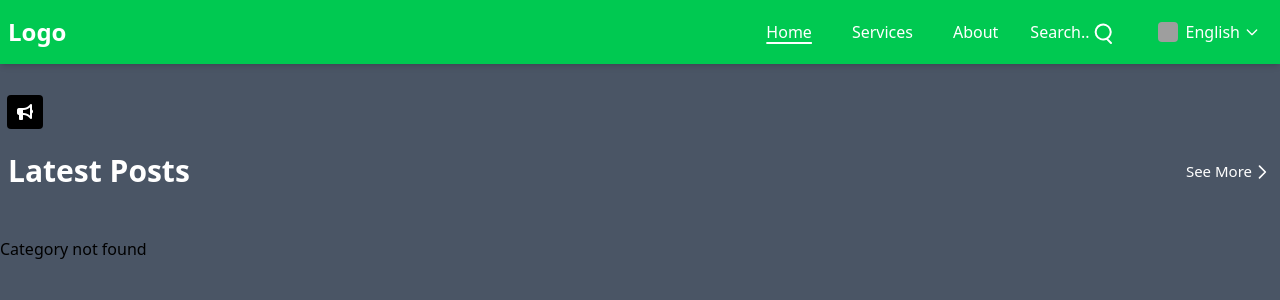
Repository: saroeuntola/we-share
Page: http://localhost/?lang=en
The author's editor kept a copy of each file at every save. The page is drawn from the files as they stood at one save, then again after the next save.
The browser window is 1280 px wide. The pictures show the whole page.
Pictures or frames that could not be fetched are drawn as grey boxes. The page is run by PHP 8.4 with error messages shown; the project is at /var/www/html/. Style sheets and scripts are compiled from the project's sources, by tool versions that may differ from the author's. Queries for data that is not in the repository find no rows.

Above is the page before, as saved 2025-08-28 12:23:25.

### index.php
<!DOCTYPE html>
<html lang="en">

<head>
    <meta charset="UTF-8">
    <meta name="viewport" content="width=device-width, initial-scale=1.0">
    <title>Latest Posts</title>
    <link rel="stylesheet" href="./assets/css/output.css">
    <link rel="stylesheet" href="./assets/css/custom.css">
    <link rel="stylesheet" href="https://cdnjs.cloudflare.com/ajax/libs/font-awesome/6.0.0-beta3/css/all.min.css" />
    <script src="https://code.jquery.com/jquery-3.6.0.min.js"></script>
</head>

<body class="bg-gray-600">
    <header class="fixed z-10 w-full" id="header">
        <?php
        include 'head-bar.php'
        ?>
    </header>

    <main class="max-w-7xl m-auto mt-[95px]">
        <section class="mb-6">
            <?php
            include 'key-frame.php'
            ?>
        </section>

        <section>
            <?php
            include 'last-post-card.php'
            ?>

        </section>

        <section class="mt-6">
            <?php
            include 'programing-card.php'
            ?>
        </section>

        <section class="mt-6">
            <?php
            include 'web-dev-card.php'
            ?>
        </section>
    </main>


</body>

</html>

### key-frame.php
<style>
    /* Container */
    .container {
        width: 100%;
        overflow: hidden;
        margin: 0 auto;
        align-items: center;
        color: white;
    }

    /* Fixed icon on the left */
    .announcement-icon {
        background-color: brown;
        color: white;
        padding: 5px 10px;
        border-radius: 4px;
    }

    /* Announcement text */
    .announcement {
        font-family: Arial, sans-serif;
        font-size: 15px;
        display: inline-block;
        white-space: nowrap;
        animation: slideLeftToRight 20s linear infinite;
    }

    #main {
        display: flex;
        overflow: hidden;
        margin: 0 auto;
        align-items: center;
        max-width: 1212px;
        width: 100%;
        color: white;
    }

    /* Desktop animation */
    @keyframes slideLeftToRight {
        0% {
            transform: translateX(1210px);
        }

        100% {
            transform: translateX(-100%);
        }
    }

    /* Tablet */
    @media (max-width: 1024px) {
        #main {
            width: 95%;
        }

        .announcement {
            animation: slideLeftToRightTablet 18s linear infinite;
        }

        @keyframes slideLeftToRightTablet {
            0% {
                transform: translateX(768px);
            }

            100% {
                transform: translateX(-100%);
            }
        }
    }

    /* Mobile */
    @media (max-width: 480px) {
        #main {
            width: 92%;
        }

        .announcement {
            animation: slideLeftToRightMobile 15s linear infinite;
        }

        @keyframes slideLeftToRightMobile {
            0% {
                transform: translateX(400px);
            }

            100% {
                transform: translateX(-100%);
            }
        }
    }
</style>
<style>
    /* Container */
    .container {
        width: 100%;
        overflow: hidden;
        margin: 0 auto;
        align-items: center;
        color: white;
    }

    /* Fixed icon on the left */
    .announcement-icon {
        background-color: black;
        color: white;
        padding: 5px 10px;
        border-radius: 4px;
    }

    /* Announcement text */
    .announcement {
        font-family: Arial, sans-serif;
        font-size: 15px;
        display: inline-block;
        white-space: nowrap;
        animation: slideLeftToRight 20s linear infinite;

    }

    #main {
        display: flex;
        overflow: hidden;
        margin: 0 auto;
        align-items: center;
        max-width: 1280px;
        width: 100%;
      padding: 0px 7px;

    }

    /* Desktop animation */
    @keyframes slideLeftToRight {
        0% {
            transform: translateX(1280px);
        }

        100% {
            transform: translateX(-100%);
        }
    }

    /* Tablet */
    @media (max-width: 1024px) {

        .announcement {
            animation: slideLeftToRightTablet 18s linear infinite;
        }

        @keyframes slideLeftToRightTablet {
            0% {
                transform: translateX(768px);
            }

            100% {
                transform: translateX(-100%);
            }
        }
    }

    /* Mobile */
    @media (max-width: 480px) {

        .announcement {
            animation: slideLeftToRightMobile 15s linear infinite;
        }

        @keyframes slideLeftToRightMobile {
            0% {
                transform: translateX(400px);
            }

            100% {
                transform: translateX(-100%);
            }
        }
    }
</style>



<div id="main">
    <div class="announcement-icon"><i class="fas fa-bullhorn"></i></div>
    <div class="container">
        <!-- Sliding text -->
     <p class="announcement">Welcome</p>
    </div>
</div>

### last-post-card.php
<?php
include './admin/lib/db.php';
include './admin/lib/post_lib.php';
include './admin/lib/category_lib.php';
include './admin/lib/subcategory_lib.php';
$lang = isset($_GET['lang']) && in_array($_GET['lang'], ['en', 'kh']) ? $_GET['lang'] : 'en';

$postModel = new Post($lang);
$categoryModel = new Category($lang);
$subcategoryModel = new Subcategory($lang);

// Get latest 10 posts
$latestPosts = $postModel->getPosts();
usort($latestPosts, function ($a, $b) {
    return strtotime($b['created_at']) - strtotime($a['created_at']);
});
$displayPosts = array_slice($latestPosts, 0, 8);


?>

<style>
    .scroll-x {
        overflow-x: auto;
        white-space: nowrap;
        padding-bottom: 1rem;
    }

    p,
    h2 {
        color: white;
    }
</style>
<section class="px-2">
    <div class="flex justify-between items-center mb-6">
        <h1 class="text-xl lg:text-3xl md:text-2xl font-bold text-white">Latest Posts</h1>
        <a href="last-post"
            class="inline-flex items-center justify-center text-center text-white hover:text-green-400 text-[15px] transition ">
            See More <?= $lang === 'kh' ? 'khmer-font' : '' ?>
            <svg class="w-5 h-5 mt-[1px]" fill="none" stroke="currentColor" stroke-width="2"
                viewBox="0 0 24 24" xmlns="http://www.w3.org/2000/svg">
                <path stroke-linecap="round" stroke-linejoin="round" d="M9 5l7 7-7 7" />
            </svg>
        </a>
    </div>

    <!-- Desktop grid -->
    <div class="hidden md:grid md:grid-cols-3 lg:grid-cols-4 gap-2">
        <?php foreach ($displayPosts as $p): ?>
            <a href="detail.php?slug=<?= htmlspecialchars($p['slug']) ?>&lang=<?= $lang ?>">
                <div class="card bg-gray-800 rounded-lg shadow-md hover:shadow-lg overflow-hidden">
                    <?php if (!empty($p['image'])): ?>
                        <img src="./admin/posts/uploads/<?= htmlspecialchars($p['image']) ?>"
                            alt="<?= htmlspecialchars($p['name']) ?>"
                            class="w-full h-[90px] md:h-[130px] lg:h-[160px] object-cover rounded-none">
                    <?php endif; ?>
                    <div class="card-body px-4 py-2">
                        <h2 class="font-semibold text-lg mb-1"><?= htmlspecialchars($p['name']) ?></h2>

                    </div>
                </div>
            </a>

        <?php endforeach; ?>
    </div>

    <!-- Mobile horizontal scroll -->
    <div class="overflow-x-auto md:hidden py-2">
        <div class="flex space-x-2">
            <?php foreach ($displayPosts as $p): ?>
                <a href="detail.php?slug=<?= htmlspecialchars($p['slug']) ?>" class="flex-shrink-0">
                    <div
                        class="card bg-gray-800 rounded-lg shadow-md hover:shadow-lg overflow-hidden w-[167px] sm:w-[200px]">
                        <?php if (!empty($p['image'])): ?>
                            <img src="./admin/posts/uploads/<?= htmlspecialchars($p['image']) ?>"
                                alt="<?= htmlspecialchars($p['name']) ?>"
                                class="w-full h-[90px] sm:h-[120px] object-cover">
                        <?php endif; ?>
                        <div class="card-body px-2 py-1">
                            <h2 class="font-semibold text-sm break-words"><?= htmlspecialchars($p['name']) ?></h2>
                        </div>
                    </div>
                </a>
            <?php endforeach; ?>
        </div>
    </div>
</section>

### admin/lib/db.php

<?php

function dbConn()
{
   $servername = "localhost";
    $username = "root";
    $password = "";
    $db = "weshare";

    try {
        $conn = new PDO("mysql:host=$servername;dbname=$db", $username, $password);
        $conn->setAttribute(PDO::ATTR_ERRMODE, PDO::ERRMODE_EXCEPTION);
        return $conn;
    } catch (PDOException $e) {
        die("Connection failed: " . $e->getMessage());
    }
}

function dbClose(&$conn)
{
    $conn = null;
}

function dbSelect($table, $column = "*", $criteria = "", $clause = "")
{
    if (empty($table)) return false;

    $sql = "SELECT $column FROM $table";
    if (!empty($criteria)) $sql .= " WHERE $criteria";
    if (!empty($clause)) $sql .= " $clause";

    $conn = dbConn();
    try {
        $stmt = $conn->query($sql);
        $result = $stmt->fetchAll(PDO::FETCH_ASSOC);
        dbClose($conn);
        return $result;
    } catch (PDOException $e) {
        echo "Error in selecting data: " . $e->getMessage();
        return false;
    }
}

function dbInsert($table, $data = array())
{
    if (empty($table) || empty($data)) return false;

    $conn = dbConn();
    $fields = implode(", ", array_keys($data));
    $placeholders = ":" . implode(", :", array_keys($data));
    $sql = "INSERT INTO $table ($fields) VALUES ($placeholders)";

    try {
        $stmt = $conn->prepare($sql);
        $stmt->execute($data);
        dbClose($conn);
        return true;
    } catch (PDOException $e) {
        echo "Error inserting data: " . $e->getMessage();
        return false;
    }
}

function dbUpdate($table, $data = array(), $criteria = "")
{
    if (empty($table) || empty($data) || empty($criteria)) return false;

    $conn = dbConn();
    $setClause = "";
    foreach ($data as $key => $val) {
        $setClause .= "$key = :$key, ";
    }
    $setClause = rtrim($setClause, ", ");
    $sql = "UPDATE $table SET $setClause WHERE $criteria";

    try {
        $stmt = $conn->prepare($sql);
        $stmt->execute($data);
        dbClose($conn);
        return true;
    } catch (PDOException $e) {
        echo "Error updating data: " . $e->getMessage();
        return false;
    }
}

function dbDelete($table, $criteria)
{
    if (empty($table) || empty($criteria)) return false;

    $sql = "DELETE FROM $table WHERE $criteria";
    $conn = dbConn();

    try {
        $stmt = $conn->prepare($sql);
        $stmt->execute();
        dbClose($conn);
        return true;
    } catch (PDOException $e) {
        echo "Error deleting data: " . $e->getMessage();
        return false;
    }
}

function dbCount($table = "", $criteria = "")
{
    if (empty($table)) return false;

    $sql = "SELECT COUNT(*) as count FROM $table";
    if (!empty($criteria)) $sql .= " WHERE $criteria";

    $conn = dbConn();
    try {
        $stmt = $conn->query($sql);
        $result = $stmt->fetch(PDO::FETCH_ASSOC);
        dbClose($conn);
        return $result['count'];
    } catch (PDOException $e) {
        echo "Error counting data: " . $e->getMessage();
        return false;
    }
}

?>

### admin/lib/category_lib.php
<?php
class Category
{
    private $db;
    private $lang;

    public function __construct($lang = 'en')
    {
        $this->db = dbConn();
        $this->lang = in_array($lang, ['en', 'kh']) ? $lang : 'en';
    }

    private function generateSlug($string)
    {
        $slug = strtolower(trim($string));
        $slug = preg_replace('/[^a-z0-9\- ]/', '', $slug);
        $slug = preg_replace('/\s+/', '-', $slug);
        $slug = preg_replace('/-+/', '-', $slug);

        $baseSlug = $slug;
        $i = 1;
        while ($this->slugExists($slug)) {
            $slug = $baseSlug . '-' . $i;
            $i++;
        }
        return $slug;
    }

    private function slugExists($slug)
    {
        $stmt = $this->db->prepare("SELECT COUNT(*) FROM categories WHERE slug = :slug");
        $stmt->execute(['slug' => $slug]);
        return $stmt->fetchColumn() > 0;
    }

    public function createCategory($name_en, $name_kh = null)
    {
        $slug = $this->generateSlug($name_en);
        $stmt = $this->db->prepare("INSERT INTO categories (name, name_kh, slug) VALUES (:name, :name_kh, :slug)");
        return $stmt->execute([
            'name' => $name_en,
            'name_kh' => $name_kh,
            'slug' => $slug
        ]);
    }

    // GET all categories
    public function getCategories()
    {
        $sql = "SELECT *,
                CASE WHEN :lang = 'kh' THEN name_kh ELSE name END AS name
                FROM categories
                ORDER BY name ASC";
        $stmt = $this->db->prepare($sql);
        $stmt->bindValue(':lang', $this->lang, PDO::PARAM_STR);
        $stmt->execute();
        return $stmt->fetchAll(PDO::FETCH_ASSOC);
    }

    // GET category by ID or slug
    public function getCategory($identifier)
    {
        if (is_numeric($identifier)) {
            $sql = "SELECT *,
                    CASE WHEN :lang = 'kh' THEN name_kh ELSE name END AS name
                    FROM categories
                    WHERE id = :id
                    LIMIT 1";
            $stmt = $this->db->prepare($sql);
            $stmt->bindValue(':id', $identifier, PDO::PARAM_INT);
        } else {
            $sql = "SELECT *,
                    CASE WHEN :lang = 'kh' THEN name_kh ELSE name END AS name
                    FROM categories
                    WHERE slug = :slug
                    LIMIT 1";
            $stmt = $this->db->prepare($sql);
            $stmt->bindValue(':slug', $identifier, PDO::PARAM_STR);
        }
        $stmt->bindValue(':lang', $this->lang, PDO::PARAM_STR);
        $stmt->execute();
        return $stmt->fetch(PDO::FETCH_ASSOC);
    }

    public function updateCategory($id, $newName_en, $newName_kh = null, $newImage = null)
    {
        $slug = $this->generateSlug($newName_en);
        $stmt = $this->db->prepare("
            UPDATE categories SET
                name = :name_en,
                name_kh = :name_kh,
                slug = :slug,
                cat_image = :cat_image
            WHERE id = :id
        ");
        return $stmt->execute([
            'name_en' => $newName_en,
            'name_kh' => $newName_kh,
            'slug' => $slug,
            'cat_image' => $newImage,
            'id' => $id
        ]);
    }

    public function deleteCategory($id)
    {
        $stmt = $this->db->prepare("DELETE FROM categories WHERE id = :id");
        return $stmt->execute(['id' => $id]);
    }

    public function deleteCatBySlug($slug)
    {
        $stmt = $this->db->prepare("DELETE FROM categories WHERE slug = :slug");
        return $stmt->execute(['slug' => $slug]);
    }
}

### admin/lib/subcategory_lib.php
<?php
class Subcategory
{
    private $db;
    private $lang;

    public function __construct($lang = 'en')
    {
        $this->db = dbConn();
        $this->lang = in_array($lang, ['en', 'kh']) ? $lang : 'en';
    }

    // GET all subcategories
    public function getAllSubcategory($lang = 'en')
    {
        $lang = in_array($lang, ['en', 'kh']) ? $lang : 'en';

        $sql = "SELECT s.*,
                   CASE WHEN :lang = 'kh' THEN s.name_kh ELSE s.name END AS name,
                   c.name AS category_name
            FROM subcategories s
            INNER JOIN categories c ON s.category_id = c.id";

        $stmt = $this->db->prepare($sql);
        $stmt->bindValue(':lang', $lang, PDO::PARAM_STR);
        $stmt->execute();

        return $stmt->fetchAll(PDO::FETCH_ASSOC);
    }


    private function generateSlug($string)
    {
        $slug = strtolower(trim($string));
        $slug = preg_replace('/[^a-z0-9\- ]/', '', $slug);
        $slug = preg_replace('/\s+/', '-', $slug);
        $slug = preg_replace('/-+/', '-', $slug);

        $baseSlug = $slug;
        $i = 1;
        while ($this->slugExists($slug)) {
            $slug = $baseSlug . '-' . $i;
            $i++;
        }
        return $slug;
    }

    private function slugExists($slug)
    {
        $stmt = $this->db->prepare("SELECT COUNT(*) FROM subcategories WHERE slug = :slug");
        $stmt->execute(['slug' => $slug]);
        return $stmt->fetchColumn() > 0;
    }

    // CREATE subcategory
    public function createSubcategory($category_id, $name_en, $name_kh = null, $added_by = null)
    {
        $slug = $this->generateSlug($name_en);
        $stmt = $this->db->prepare("
            INSERT INTO subcategories (category_id, name, name_kh, slug, added_by)
            VALUES (:category_id, :name_en, :name_kh, :slug, :added_by)
        ");
        return $stmt->execute([
            'category_id' => $category_id,
            'name_en' => $name_en,
            'name_kh' => $name_kh,
            'slug' => $slug,
            'added_by' => $added_by
        ]);
    }

    // GET subcategories by category ID
    public function getSubcategoriesByCategory($category_id)
    {
        $sql = "SELECT *,
                CASE WHEN :lang = 'kh' THEN name_kh ELSE name END AS name
                FROM subcategories
                WHERE category_id = :category_id
                ORDER BY name ASC";
        $stmt = $this->db->prepare($sql);
        $stmt->bindValue(':category_id', $category_id, PDO::PARAM_INT);
        $stmt->bindValue(':lang', $this->lang, PDO::PARAM_STR);
        $stmt->execute();
        return $stmt->fetchAll(PDO::FETCH_ASSOC);
    }

    // GET subcategories by category slug
    public function getSubcategoriesByCategorySlug($category_slug)
    {
        $sql = "SELECT s.*,
                CASE WHEN :lang = 'kh' THEN s.name_kh ELSE s.name END AS name
                FROM subcategories s
                INNER JOIN categories c ON s.category_id = c.id
                WHERE c.slug = :slug
                ORDER BY s.name ASC";
        $stmt = $this->db->prepare($sql);
        $stmt->bindValue(':slug', $category_slug, PDO::PARAM_STR);
        $stmt->bindValue(':lang', $this->lang, PDO::PARAM_STR);
        $stmt->execute();
        return $stmt->fetchAll(PDO::FETCH_ASSOC);
    }

    // GET single subcategory by ID or slug
    public function getSubcategory($identifier)
    {
        if (is_numeric($identifier)) {
            $sql = "SELECT *,
                    CASE WHEN :lang = 'kh' THEN name_kh ELSE name END AS name
                    FROM subcategories
                    WHERE id = :id
                    LIMIT 1";
            $stmt = $this->db->prepare($sql);
            $stmt->bindValue(':id', $identifier, PDO::PARAM_INT);
        } else {
            $sql = "SELECT *,
                    CASE WHEN :lang = 'kh' THEN name_kh ELSE name END AS name
                    FROM subcategories
                    WHERE slug = :slug
                    LIMIT 1";
            $stmt = $this->db->prepare($sql);
            $stmt->bindValue(':slug', $identifier, PDO::PARAM_STR);
        }

        $stmt->bindValue(':lang', $this->lang, PDO::PARAM_STR);
        $stmt->execute();
        return $stmt->fetch(PDO::FETCH_ASSOC);
    }

    // UPDATE subcategory
    public function updateSubcategory($identifier, $newName_en = null, $newName_kh = null, $newCategoryId = null, $newAdded_by = null)
    {
        $sub = $this->getSubcategory($identifier);
        if (!$sub) return false;

        $slug = $newName_en ? $this->generateSlug($newName_en) : $sub['slug'];

        $sql = "UPDATE subcategories SET name = :name_en, name_kh = :name_kh, slug = :slug";
        $params = [
            'name_en' => $newName_en ?? $sub['name'],
            'name_kh' => $newName_kh ?? $sub['name_kh'],
            'slug' => $slug,
            'id' => $sub['id']
        ];

        if ($newCategoryId !== null) {
            $sql .= ", category_id = :category_id";
            $params['category_id'] = $newCategoryId;
        }

        if ($newAdded_by !== null) {
            $sql .= ", added_by = :added_by";
            $params['added_by'] = $newAdded_by;
        }

        $sql .= " WHERE id = :id";
        $stmt = $this->db->prepare($sql);
        return $stmt->execute($params);
    }

    // DELETE subcategory
    public function deleteSubcategory($identifier)
    {
        $sub = $this->getSubcategory($identifier);
        if (!$sub) return false;

        $stmt = $this->db->prepare("DELETE FROM subcategories WHERE id = :id");
        return $stmt->execute(['id' => $sub['id']]);
    }
}

### programing-card.php
<?php

$categoryModel = new Category();
$subcategoryModel = new Subcategory();
$postModel = new Post();

$categorySlug = "programming";

$programingCat = $categoryModel->getCategory($categorySlug);
if (!$programingCat) die("Category not found");

$subcategories = $subcategoryModel->getSubcategoriesByCategorySlug($categorySlug);

$filterSubSlug = $_GET['sub'] ?? null;

$limit = 8;
$posts = $filterSubSlug
    ? $postModel->getPostsByCategoryAndSubcategorySlug($categorySlug, $filterSubSlug, $limit)
    : $postModel->getPostsByCategorySlug($categorySlug, $limit);
?>

<section class="px-2">
    <div class="flex justify-between items-center mb-6">
        <h1 class="text-xl lg:text-3xl md:text-2xl font-bold text-white">Latest Posts</h1>
        <a href="programming"
            class="inline-flex items-center justify-center text-center text-white hover:text-green-400 text-[15px] transition ">
            See More
            <svg class="w-5 h-5 mt-[1px]" fill="none" stroke="currentColor" stroke-width="2"
                viewBox="0 0 24 24" xmlns="http://www.w3.org/2000/svg">
                <path stroke-linecap="round" stroke-linejoin="round" d="M9 5l7 7-7 7" />
            </svg>
        </a>
    </div>
    <!-- Desktop grid -->
    <div class="hidden md:grid md:grid-cols-3 lg:grid-cols-4 gap-2">
        <?php foreach ($posts as $p):
            $sub = $p['subcategory_id'] ? $subcategoryModel->getSubcategory($p['subcategory_id']) : null;
        ?>
            <a href="detail.php?slug=<?= htmlspecialchars($p['slug']) ?>">
                <div class="card bg-gray-800 rounded-lg shadow-md hover:shadow-lg overflow-hidden">
                    <?php if (!empty($p['image'])): ?>
                        <img src="./admin/posts/uploads/<?= htmlspecialchars($p['image']) ?>"
                            alt="<?= htmlspecialchars($p['name']) ?>"
                            class="w-full h-[90px] md:h-[130px] lg:h-[160px] object-cover rounded-none">
                    <?php endif; ?>
                    <div class="card-body px-4 py-2">
                        <h2 class="font-semibold text-lg mb-1"><?= htmlspecialchars($p['name']) ?></h2>

                    </div>
                </div>
            </a>

        <?php endforeach; ?>
    </div>

    <!-- Mobile horizontal scroll -->
    <div class="overflow-x-auto md:hidden py-2">
        <div class="flex space-x-2">
            <?php foreach ($posts as $p): ?>
                <a href="detail.php?slug=<?= htmlspecialchars($p['slug']) ?>" class="flex-shrink-0">
                    <div
                        class="card bg-gray-800 rounded-lg shadow-md hover:shadow-lg overflow-hidden w-[167px] sm:w-[200px]">
                        <?php if (!empty($p['image'])): ?>
                            <img src="./admin/posts/uploads/<?= htmlspecialchars($p['image']) ?>"
                                alt="<?= htmlspecialchars($p['name']) ?>"
                                class="w-full h-[90px] sm:h-[120px] object-cover">
                        <?php endif; ?>
                        <div class="card-body px-2 py-1">
                            <h2 class="font-semibold text-sm break-words"><?= htmlspecialchars($p['name']) ?></h2>
                        </div>
                    </div>
                </a>
            <?php endforeach; ?>
        </div>
    </div>
</section>

### assets/css/custom.css
#header {
  top: 0;
}
.khmer-font {
  font-family: 'Noto Sans Khmer', sans-serif;
}
.khmer-font-nav{
    font-family: "Moul", serif;
    font-weight: 400;
    font-style: normal;
}

Loaded but not shown: assets/css/input.css (common file); head-bar.php (334 lines, source omitted); admin/lib/post_lib.php (256 lines, source omitted)

After the next save:
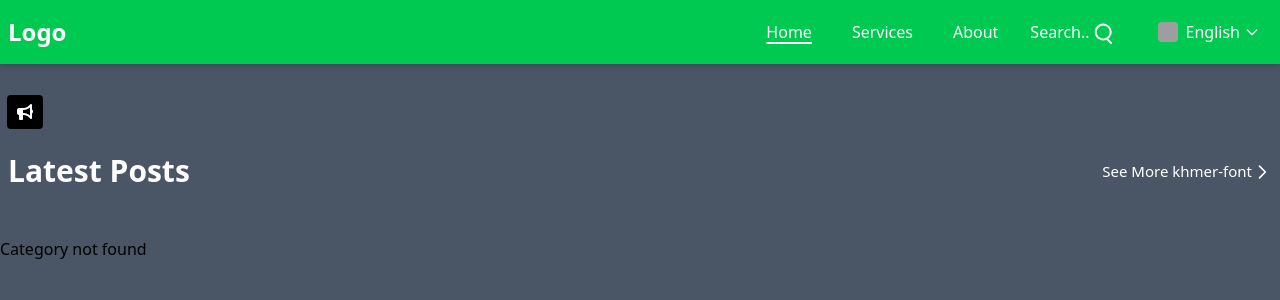
Saved 4 s later.
--- a/last-post-card.php
+++ b/last-post-card.php
@@ -36,7 +36,7 @@ $displayPosts = array_slice($latestPosts, 0, 8);
         <h1 class="text-xl lg:text-3xl md:text-2xl font-bold text-white">Latest Posts</h1>
         <a href="last-post"
             class="inline-flex items-center justify-center text-center text-white hover:text-green-400 text-[15px] transition ">
-            See More <?= $lang === 'kh' ? 'khmer-font' : '' ?>
+            See More <?= $lang === 'en' ? 'khmer-font' : '' ?>
             <svg class="w-5 h-5 mt-[1px]" fill="none" stroke="currentColor" stroke-width="2"
                 viewBox="0 0 24 24" xmlns="http://www.w3.org/2000/svg">
                 <path stroke-linecap="round" stroke-linejoin="round" d="M9 5l7 7-7 7" />
